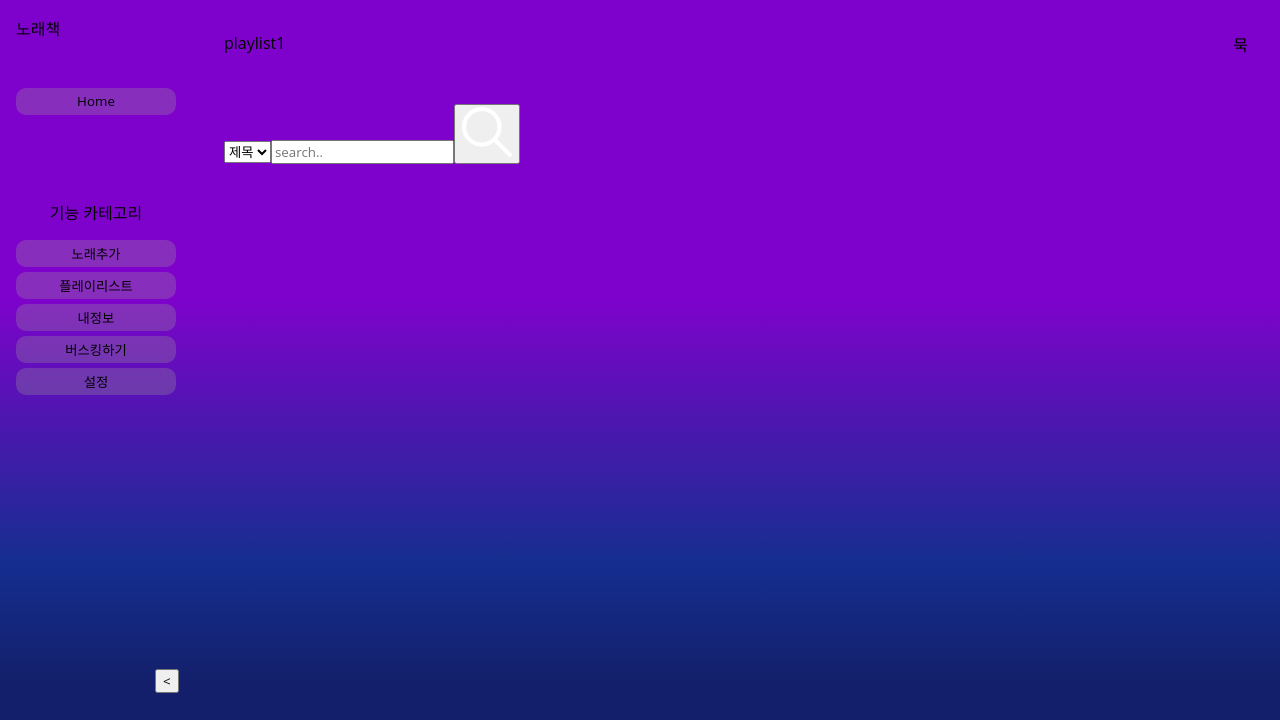
Repository: Unique0902/busking
Page: /app/add
An editor plug-in stored every save of this project. The page is shown before and after the next save, followed by the edit.
The browser window is 1280 px wide. The pictures show the whole page.
The page's requests for data from a server got no answer. The project was rebuilt for these pictures with package versions that can differ from the ones it lists, and the page was loaded fresh each time. No one was signed in, and anything a server would have sent is missing. Also part of the build but not shown: src/routes/login/login.module.css, src/components/login_header/login_nav.module.css, src/components/login_header/login_nav.jsx, src/components/app_description/app_description.module.css, src/components/app_description/app_description.jsx, src/routes/login/login.jsx, src/routes/app/app_home/app_home.module.css, src/routes/app/app_home/app_home.jsx and 8 more.

Above is the page before, as saved 2022-08-30 14:21:24.

### public/index.html
<!DOCTYPE html>
<html lang="en">
  <head>
    <meta charset="utf-8" />
    <link rel="icon" href="%PUBLIC_URL%/favicon.ico" />
    <meta name="viewport" content="width=device-width, initial-scale=1" />
    <meta name="theme-color" content="#000000" />
    <meta
      name="description"
      content="Web site created using create-react-app"
    />
    <title>노래책</title>
  </head>
  <body>
    <noscript>You need to enable JavaScript to run this app.</noscript>
    <div id="root"></div>
  </body>
</html>

### src/index.js
import React from 'react';
import ReactDOM from 'react-dom/client';
import './index.css';
import App from './routes/app/app';
import { BrowserRouter, Routes, Route } from 'react-router-dom';
import Login from './routes/login/login';
import App_home from './routes/app/app_home/app_home';
import App_add from './routes/app/app_add/app_add';
import App_busking from './routes/app/app_busking/app_busking';
import App_inform from './routes/app/app_inform/app_inform';
import App_playlist from './routes/app/app_playlist/app_playlist';
import App_setting from './routes/app/app_setting/app_setting';
import axios from 'axios';
import Lastfm from './service/lastfm';

const root = ReactDOM.createRoot(document.getElementById('root'));
const httpClient = axios.create({
  baseURL: 'https://ws.audioscrobbler.com/2.0',
  params: { api_key: process.env.REACT_APP_LASTFM_API_KEY },
});
const lastfm = new Lastfm(httpClient);

root.render(
  <React.StrictMode>
    <BrowserRouter>
      <Routes>
        <Route path='/' element={<Login />} />
        <Route path='app' element={<App />}>
          <Route path='home' element={<App_home />} />
          <Route path='add' element={<App_add lastfm={lastfm} />} />
          <Route path='busking' element={<App_busking />} />
          <Route path='inform' element={<App_inform />} />
          <Route path='playlist' element={<App_playlist />} />
          <Route path='setting' element={<App_setting />} />
        </Route>
      </Routes>
    </BrowserRouter>
  </React.StrictMode>
);

### src/index.css
* {
  box-sizing: border-box;
  font-family: 'Open Sans', sans-serif;
}

button {
  cursor: pointer;
}
li {
  list-style: none;
}
body {
  margin: 0;
}
p,
h1,
h2 {
  margin: 0;
}
ul {
  padding: 0;
}

### src/routes/app/app.jsx
import Sidebar from '../../components/sidebar/sidebar';
import './app.module.css';
import styles from './app.module.css';
import { Routes, Route, Outlet } from 'react-router-dom';
import App_header from '../../components/app_header/app_header';

function App() {
  return (
    <section className={styles.app}>
      <Sidebar />
      <main className={styles.main}>
        <App_header />
        <Outlet />
      </main>
    </section>
  );
}

export default App;

### src/routes/app/app_add/app_add.jsx
import React, { useRef } from 'react';
import { useState } from 'react';
import styles from './app_add.module.css';
import SearchResult from '../../../components/searchResult/searchResult';

const App_add = ({ lastfm }) => {
  const [searchResults, setSearchResults] = useState([]);
  const searchRef = useRef();
  const selectRef = useRef();
  const search = () => {
    if (searchRef.current.value) {
      if (selectRef.current.value === '제목') {
        lastfm
          .searchSongByName(searchRef.current.value)
          .then((result) => setSearchResults(result.trackmatches.track));
      } else if (selectRef.current.value === '가수') {
        lastfm
          .searchSongByArtist(searchRef.current.value)
          .then((result) => setSearchResults(result.trackmatches.track));
      }
    }
  };
  return (
    <>
      <header className={styles.searchBar}>
        <select ref={selectRef}>
          <option value='제목'>제목</option>
          <option value='가수'>가수</option>
        </select>
        <input
          type='search'
          placeholder='search..'
          ref={searchRef}
          onChange={() => {
            search();
          }}
        />
        <button type='submit'>
          <img src='/images/search.png' alt='search' />
        </button>
      </header>
      <section className={styles.results}>
        <ul>
          {searchResults &&
            searchResults.map((result) => (
              <SearchResult
                key={searchResults.indexOf(result)}
                index={searchResults.indexOf(result) + 1}
                result={result}
                btnText='추가'
              />
            ))}
        </ul>
      </section>
    </>
  );
};

export default App_add;

### src/service/lastfm.js
'use strict';

class Lastfm {
  constructor(httpClient) {
    this.lastfm = httpClient;
  }
  async searchSongByName(title) {
    const response = await this.lastfm.get('', {
      params: {
        method: 'track.search',
        track: title,
        limit: '10',
        format: 'json',
      },
    });
    return response.data.results;
  }
  async searchSongByArtist(artist) {
    const response = await this.lastfm.get('', {
      params: {
        method: 'track.search',
        track: ' ',
        artist: artist,
        limit: '10',
        format: 'json',
      },
    });
    return response.data.results;
  }
  async searchArtist(artist) {
    const response = await this.lastfm.get('', {
      params: {
        method: 'artist.search',
        artist: artist,
        format: 'json',
      },
    });
    return response.data.results;
  }
  async searchTopTrackByCorrectArtist(mbid) {
    const response = await this.lastfm.get('', {
      params: {
        method: 'artist.gettoptrack',
        mbid: mbid,
        format: 'json',
      },
    });
    return response.data.results;
  }
}

export default Lastfm;

### src/components/sidebar/sidebar.jsx
import React from 'react';
import styles from './sidebar.module.css';
import { useNavigate } from 'react-router-dom';

const Sidebar = (props) => {
  let navigate = useNavigate();
  return (
    <>
      <aside className={styles.sideBar}>
        <div className={styles.logo}>
          <img src='' alt='' />
          <p>노래책</p>
        </div>
        <ul className={styles.list}>
          <li>
            <button
              onClick={() => {
                navigate('home');
              }}
              className={styles.listBtn}
            >
              Home
            </button>
          </li>
          <li>
            <p className={styles.category}>기능 카테고리</p>
          </li>
          <li>
            <button
              onClick={() => {
                navigate('add');
              }}
              className={styles.listBtn}
            >
              노래추가
            </button>
          </li>
          <li>
            <button
              onClick={() => {
                navigate('playlist');
              }}
              className={styles.listBtn}
            >
              플레이리스트
            </button>
          </li>
          <li>
            <button
              onClick={() => {
                navigate('inform');
              }}
              className={styles.listBtn}
            >
              내정보
            </button>
          </li>
          <li>
            <button
              onClick={() => {
                navigate('busking');
              }}
              className={styles.listBtn}
            >
              버스킹하기
            </button>
          </li>
          <li>
            <button
              onClick={() => {
                navigate('setting');
              }}
              className={styles.listBtn}
            >
              설정
            </button>
          </li>
          <li>
            <button className={styles.closeBtn}> {'<'} </button>
          </li>
        </ul>
      </aside>
    </>
  );
};

export default Sidebar;

### src/routes/app/app.module.css
@value makerWhite from  '../../common/colors.css';

.app {
  background: rgb(127, 2, 204);
  background: linear-gradient(
    180deg,
    rgba(127, 2, 204, 1) 41%,
    rgba(21, 46, 144, 1) 78%,
    rgba(19, 31, 106, 1) 95%
  );
  color: makerWhite;
  height: 100vh;
  display: flex;
}

.main {
  flex-basis: 85%;
  padding: 2em;
}

### src/components/app_header/app_header.jsx
import React from 'react';
import styles from './app_header.module.css';

const App_header = (props) => {
  return (
    <>
      <header className={styles.header}>
        <div className={styles.playlists}>playlist1</div>
        <div className={styles.users}>묵</div>
      </header>
    </>
  );
};

export default App_header;

### src/routes/app/app_add/app_add.module.css
.results {
  overflow-y: scroll;
  height: 30em;
}
.searchBar {
  margin-bottom: 2em;
}

### src/components/sidebar/sidebar.module.css
@value makerWhite from  '../../common/colors.css';
@value makerBlack from  '../../common/colors.css';
@value makerLightGrey from  '../../common/colors.css';
@value makerGrey from  '../../common/colors.css';
@value fontBigg from  '../../common/size.css';
@value fontMedium from  '../../common/size.css';
@value fontMediumm from  '../../common/size.css';
@value fontSmall from  '../../common/size.css';

.sideBar {
  flex-basis: 15%;
  padding: 1em;
  background-color: makerBlack;
  color: makerWhite;
  position: relative;
}
.logo {
  display: flex;
  font-size: fontBigg;
  margin-bottom: 3em;
}
.category {
  color: makerLightGrey;
  font-size: fontMediumm;
  text-align: center;
  margin-top: 5em;
  margin-bottom: 1em;
}

.listBtn {
  background-color: rgba(151, 149, 149, 0.3);
  border: none;
  border-radius: 10px;
  height: 2em;
  margin-bottom: 0.4em;
  width: 100%;
  font-size: fontMedium;
  color: makerWhite;
}
.list > li {
  width: 100%;
}
.closeBtn {
  position: absolute;
  right: 1em;
  bottom: 2em;
  background-color: makerBlack;
  color: makerWhite;
}

### src/components/app_header/app_header.module.css
.header {
  display: flex;
  justify-content: space-between;
  margin-bottom: 3em;
}

Loaded but not shown: src/routes/app/app_inform/app_inform.module.css (no stored copy; drawn as an empty file); src/routes/app/app_setting/app_setting.module.css (no stored copy; drawn as an empty file)

After the next save:
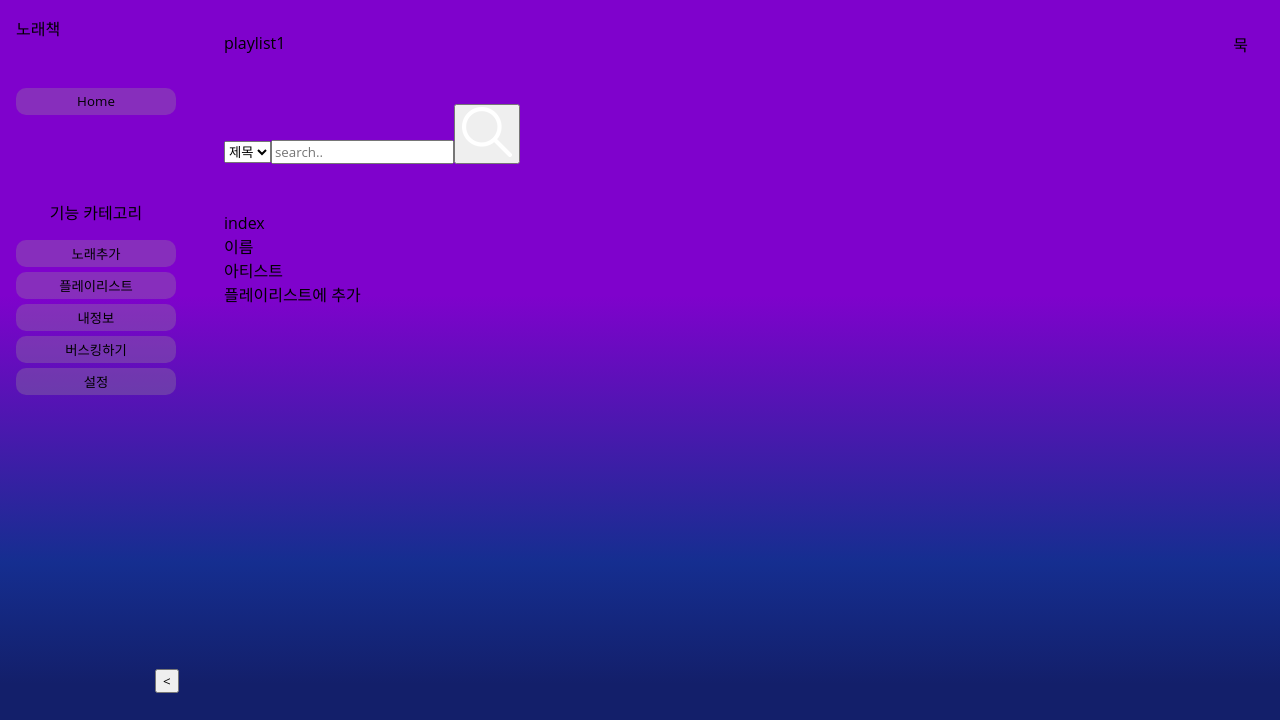
Saved 6 min 41 s later.
--- a/src/routes/app/app_add/app_add.jsx
+++ b/src/routes/app/app_add/app_add.jsx
@@ -41,6 +41,12 @@ const App_add = ({ lastfm }) => {
       </header>
       <section className={styles.results}>
         <ul>
+          <li className={styles.description}>
+            <div className={styles.index}>index</div>
+            <div className={styles.name}>이름</div>
+            <div className={styles.artist}>아티스트</div>
+            <div className={styles.btn}>플레이리스트에 추가</div>
+          </li>
           {searchResults &&
             searchResults.map((result) => (
               <SearchResult
